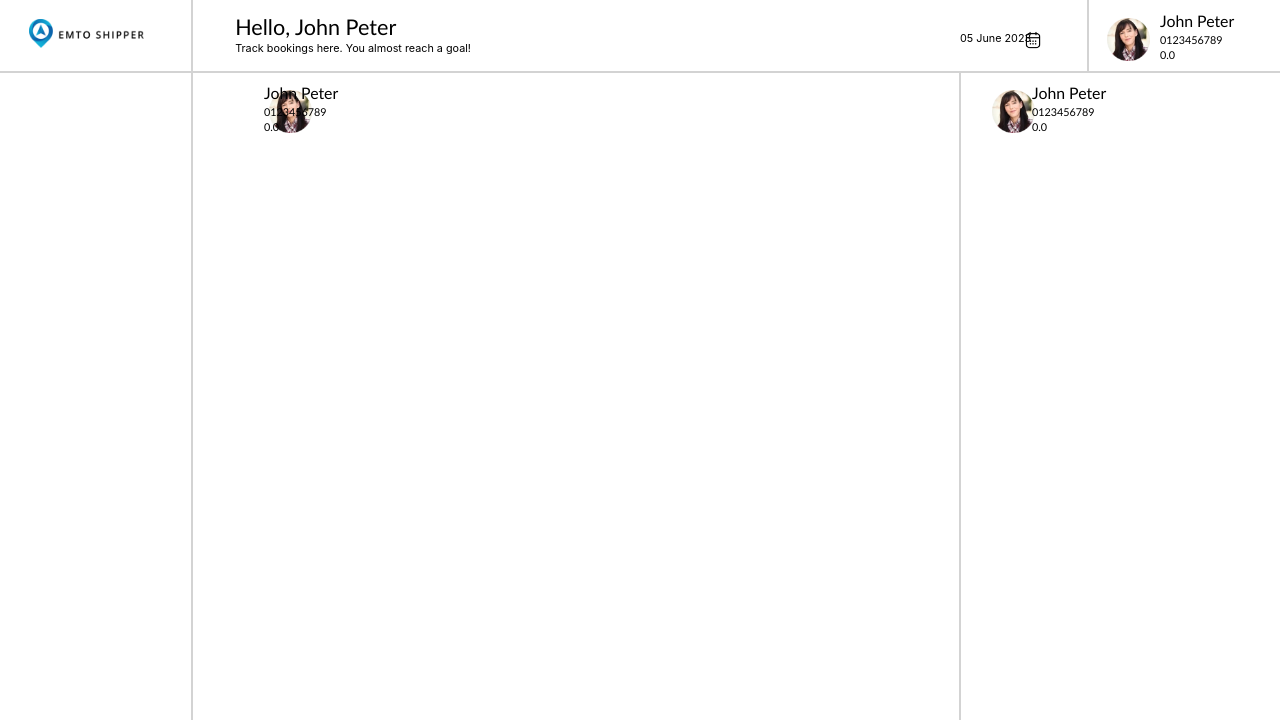
Repository: RoshanArun/Emto-Web
Page: /dashboard (app in emto/reactfirst/)
These files come from the project's save history. The page is drawn as it stood at one moment and after the next save; the edit follows.
The browser window is 1280 px wide. The pictures show the whole page.
Pictures or frames that could not be fetched are drawn as grey boxes. The project was rebuilt for these pictures with package versions that can differ from the ones it lists, and the page was loaded fresh each time. Also part of the build but not shown: emto/reactfirst/src/pages/SignUp/SignUp.css, emto/reactfirst/src/pages/SignUp/SignUp.js, emto/reactfirst/src/pages/Login/Login.js.

Above is the page before, as saved 2023-07-27 13:04:23.

After the next save:
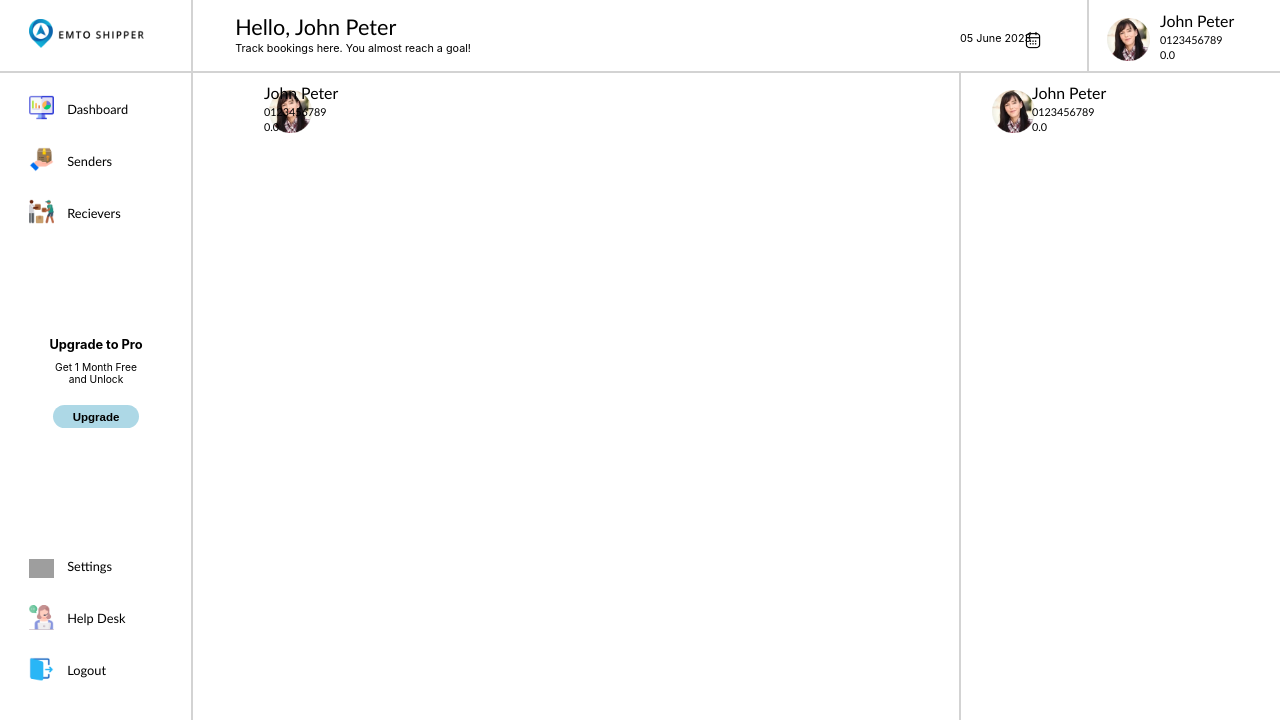
Saved 10 s later.
--- a/emto/reactfirst/src/pages/DashBoard/DashBoard.js
+++ b/emto/reactfirst/src/pages/DashBoard/DashBoard.js
@@ -24,7 +24,17 @@ const DashBoard = () => {
                     </div>
 
                     <div class="bottom1">
+                    <img src={IMAGES.dashboard} class="dashboardicon" alt="dashboardlogo" /><label class="dashboardlabels">Dashboard</label><br></br>
+                    <img src={IMAGES.senders} class="dashboardicon" alt="dashboardlogo" /><label class="dashboardlabels">Senders</label><br></br>
+                    <img src={IMAGES.recievers} class="dashboardicon" alt="dashboardlogo" /><label class="dashboardlabels">Recievers</label><br></br><br></br><br></br><br></br><br></br>
+                    <label class="pro">Upgrade to Pro</label>
+                    <label class="unlock">Get 1 Month Free</label>
+                    <label class="unlock2">and Unlock</label><br></br>
+                    <button class="upgrade">Upgrade</button>
 
+                    <img src={IMAGES.settings} class="dashboardicon" alt="dashboardlogo" /><label class="dashboardlabels">Settings</label><br></br>
+                    <img src={IMAGES.csx} class="dashboardicon" alt="dashboardlogo" /><label class="dashboardlabels">Help Desk</label><br></br>
+                    <img src={IMAGES.logout} class="dashboardicon" alt="dashboardlogo" /><label class="dashboardlabels">Logout</label><br></br>
                     </div>
 
                     <div class="bottom2">
